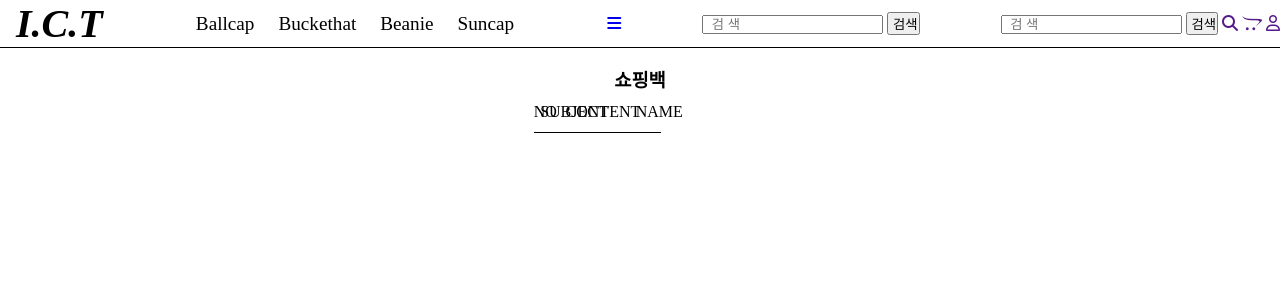
Repository: Developer120000/project1
Page: http://localhost/project1/productpage/q_a.jsp
The author's editor kept a copy of each file at every save. The page is drawn from the files as they stood at one save, then again after the next save.
The browser window is 1280 px wide. The pictures show the whole page.
Some web libraries are served in a nearby version. The page is served by Tomcat 9.

Above is the page before, as saved 2024-03-19 08:21:08.
Console error: SyntaxError: Identifier 'hamburger' has already been declared

### project1/src/main/webapp/productpage/q_a.jsp
<%@ page language="java" contentType="text/html; charset=UTF-8"
    pageEncoding="UTF-8"%>
<!DOCTYPE html>
<html>
<head>
<meta charset="UTF-8">
<meta name="viewport" content="width=device-width, initial-scale=1">
<title>payment</title>
<%@ include file="header.jsp" %>
<link rel="stylesheet" href="../css/header.css">
<script src="../js/header.js" defer></script>
<link rel="stylesheet" href="../css/q_a.css">
</head>
<body>
	<div class="qcontainer">
		<div class="qwrapper">
			<h3 class="Q & A">쇼핑백</h3>
			<form action="" class="qaf">
				<ul class="qau">
					<li class="qal">NO</li>
					<li class="qal">SUBJECT</li>
					<li class="qal">CONTENT</li>
					<li class="qal">NAME</li>
				</ul>
			</form>
		</div>
	</div>
</body>
</html>

### project1/src/main/webapp/productpage/header.jsp
<%@ page language="java" contentType="text/html; charset=UTF-8"
    pageEncoding="UTF-8"%>
<!DOCTYPE html>
<html>
<head>
<meta charset="UTF-8">
<meta name="viewport" content="width=device-width, initial-scale=1.0">
<title>I.C.T</title>
<script src="https://kit.fontawesome.com/80123590ac.js" crossorigin="anonymous"></script>
<link rel="stylesheet" href="../css/header.css">
<script src="../js/header.js" defer></script>
<!-- <script defer src="js 파일 위치"></script> -->
</head>
<body>
	<header id="header">
		<div class="wrapper">
			<p class="title">
				<a href="">I.C.T</a>
			</p>
			<ul class="category">
				<li><a href="">Ballcap</a></li>
				<li><a href="">Buckethat</a></li>
				<li><a href="">Beanie</a></li>
				<li><a href="">Suncap</a></li>
			</ul>
			<a href="#" class="hamburger">
				<i class="fa-solid fa-bars"></i>
			</a>
			<form class="item2" onsubmit="return false">
				<input type="text" class="searchbar2" type="text" placeholder="&nbsp;&nbsp;검 색">
				<button class="res2">&nbsp;검색</button>
			</form>
			<form class="item" onsubmit="return false">
				<input type="text" class="searchbar1" type="text" placeholder="&nbsp;&nbsp;검 색">
				<button class="res1">&nbsp;검색</button>
				<a href="" class="b1 a1"><i class="fa-solid fa-magnifying-glass"></i></a>
				<a href="" class="b2 a1"><i class="fa-brands fa-opencart"></i></a>
<!-- 				<i class="fa-solid fa-cart-shopping"></i> -->
				<a href="" class="b3 a1"><i class="fa-regular fa-user"></i></a>
			</form>
		</div>
	</header>

</body>
</html>

### project1/src/main/webapp/css/header.css
@charset "UTF-8";
*{margin: 0px; }
#header{

/* 	height: 4.06rem; */
}
.wrapper{
	width: 100%;
	position: fixed;
	display: flex;
	justify-content: space-between;
	align-items: center;
	background-color: white;
	border-bottom: 1px solid black;
	z-index: 5;
}
.title a{
	text-decoration: none;
	font-size: 2.5rem;
	font-weight: bold;
	margin-left: 1rem;
	color: black;
	font-style: italic;
	display: inline-block;
}
.category{
	display: flex;
/* 	margin-right: 50%; */
	list-style: none;
}
.category li{
	padding: 8px 12px;
}
li a{
/* 	margin-right: 1.0rem; */
	font-size: 1.2rem;
	text-decoration: none;
}
li a:visited {color: black;}
li a:hover {text-decoration: underline;}

.search{
	display: flex;
	padding-left: 0;

/* 	width: 60%; */
/* 	text-align: right; */
}
.searchbar{
/* 	width: 30%; */
/* 	margin-right: 5px;  */
	padding: 5px;
}
.a1{
/* 	margin-right: 10%; */
}
.icon{display: none;}


@media screen and (max-width:600px){
	.wrapper{
		flex-direction: column;
		align-items: flex-start;
		padding: 8px 24px;
	}
	.category{
		display: none;
		flex-direction: column;
		align-items: center;
		width: 100%;
	}
	.category li a{
		width: 100%;
		text-align: center;
	}
	.search{
		display: none;
		justify-content: center;
		width: 100%;
	}
	.icon{
		display: block;
	}
}

@media screen and (max-width:1138px){


}


@media screen and (max-width:800px){


}

/* 1015px 이하 - suncap 사라짐 */
@media screen and (max-width:590px){

	.header_second #s4{display: none;}
}

### project1/src/main/webapp/css/q_a.css
@charset "UTF-8";
*{margin: 0px; padding: 0px; box-sizing: border-box;}

.qcontainer{
	padding-top: 4.06rem;
	width: 100%;
}
.qwrapper{
	display: flex;
	justify-content: center;
	flex-direction: column;
	align-items: center;
	width: 100%;
}
.qau{
	width: 60%;
	display: grid;
	grid-template-columns: 5% 20% 55% 20%;
	list-style: none;
/* 	border-top: 1px solid black; */
	border-bottom: 1px solid black;
	padding: 0.7rem 0;

}
.qtitle{
	width: 60%;
	margin-top: 6rem;
	padding-bottom: 2rem;
	border-bottom: 1px solid black;
}
.q1{
	text-align: center;
}
.qwrite{
	width: 80%;
	height: 1.9rem;
	display: flex;
    justify-content: flex-end;
    margin: 2rem 0;
}
.qwrite1{
	min-width: 8rem;
	height: 100%;
	background-color: black;
	color: white;
	border: none;
	cursor: pointer;
}

### project1/src/main/webapp/js/header.js
const hamburger = document.querySelector('.hamburger');
const category = document.querySelector('.category');

hamburger.addEventListener('click', () => {
    category.classList.toggle('active');
})

document.addEventListener('click', (e) => {
    if (!category.contains(e.target) && !hamburger.contains(e.target)) {
        category.classList.remove('active');
    }
})


const b1 = document.querySelector('.b1');
const searchbar2 = document.querySelector('.searchbar2');
const res2 = document.querySelector('.res2');

b1.addEventListener('click', (e) => {
	e.preventDefault();
//	e.stopPropagation();
    searchbar2.classList.toggle('active');
    res2.classList.toggle('active');
})

document.addEventListener('click', (e) => {
    if (!searchbar2.contains(e.target) && !res2.contains(e.target) && !b1.contains(e.target)) {
        searchbar2.classList.remove('active');
    }
})

document.addEventListener('click', (e) => {
    if (!res2.contains(e.target) && !searchbar2.contains(e.target) && !b1.contains(e.target)) {
        res2.classList.remove('active');
    }
})


//const b2 = document.querySelector('.b2');
//const b3 = document.querySelector('.b3');
//
//hamburger.addEventListener('click', () => {
//    b2.classList.toggle('active');
//    b3.classList.toggle('active');
//})
//
//document.addEventListener('click', (e) => {
//    if (!hamburger.contains(e.target) && !b2.contains(e.target) && !b3.contains(e.target) && !category.contains(e.target)) {
//		category.classList.remove('active');
//        b2.classList.toggle('active');
//    	b3.classList.toggle('active');
//    }
//})

After the next save:
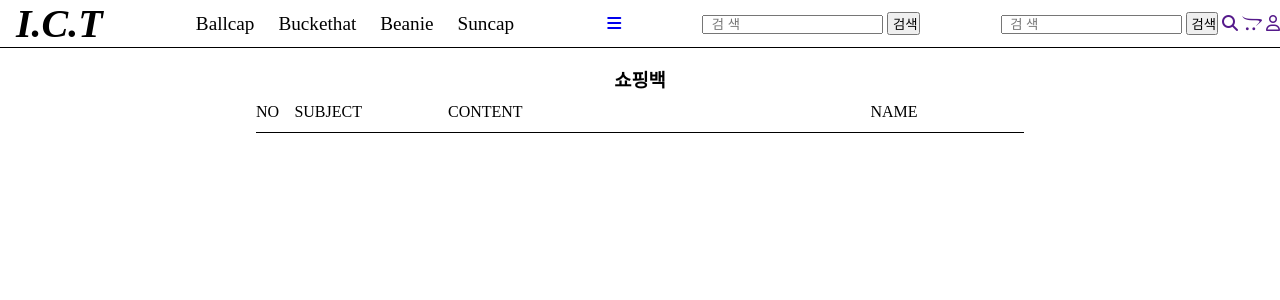
Saved 19 min 56 s later.
--- a/project1/src/main/webapp/productpage/q_a.jsp
+++ b/project1/src/main/webapp/productpage/q_a.jsp
@@ -15,14 +15,12 @@
 	<div class="qcontainer">
 		<div class="qwrapper">
 			<h3 class="Q & A">쇼핑백</h3>
-			<form action="" class="qaf">
 				<ul class="qau">
 					<li class="qal">NO</li>
 					<li class="qal">SUBJECT</li>
 					<li class="qal">CONTENT</li>
 					<li class="qal">NAME</li>
 				</ul>
-			</form>
 		</div>
 	</div>
 </body>
